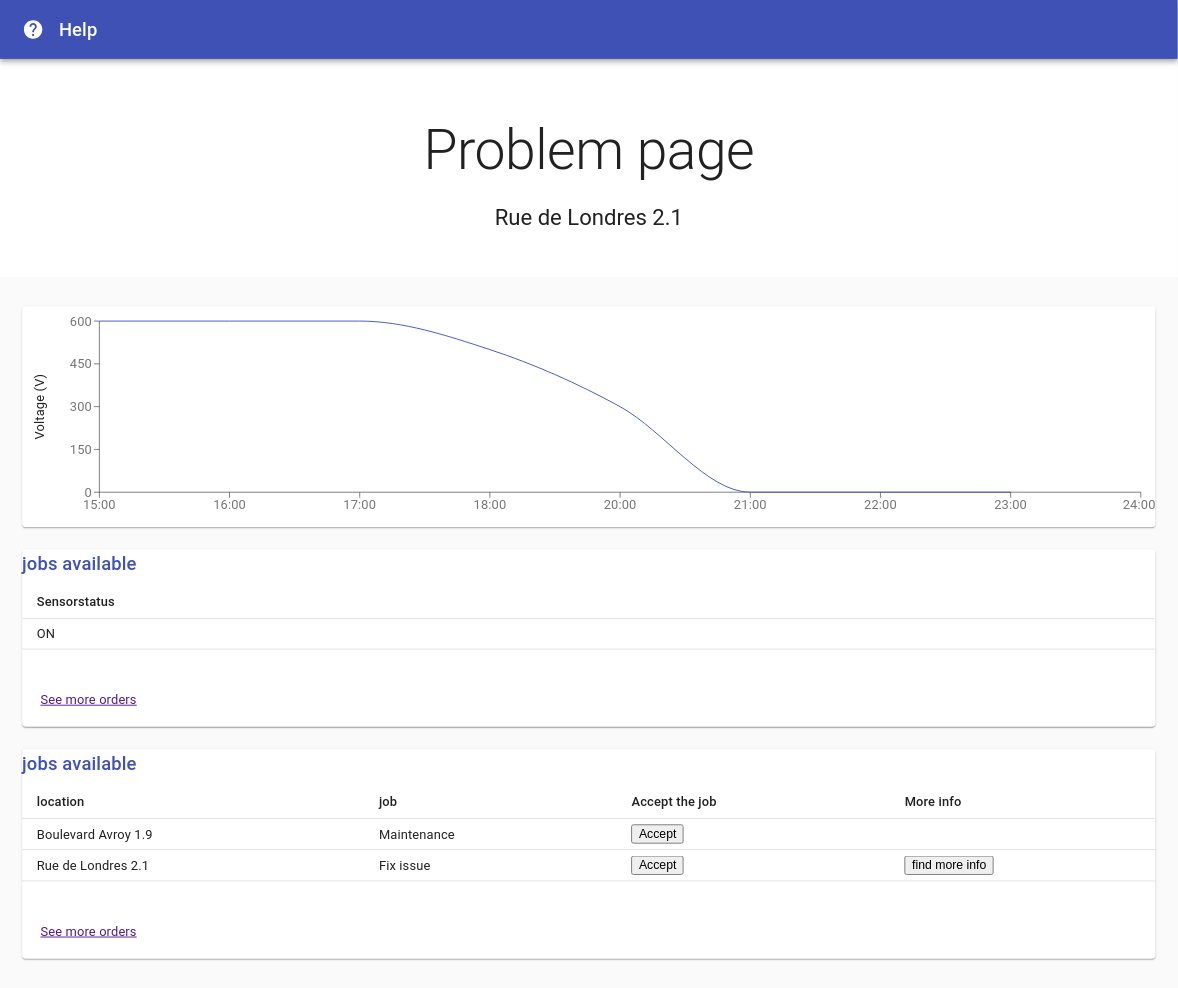
Repository: sapbrussels/intelligenthighway_webapp
Page: /Problempage (app in router/)
The author's editor kept a copy of each file at every save. The page is drawn from the files as they stood at one save, then again after the next save.
The browser window is 1280 px wide. The pictures show the whole page, at 92% of full size.
The project was rebuilt for these pictures with package versions that can differ from the ones it lists, and the page was loaded fresh each time. Also part of the build but not shown: router/src/App.css, router/src/Login.js, router/src/Maps.js, router/src/Jobspage.js, router/src/Direction.js, router/src/Maintenance.js, router/src/Help.js.

Above is the page before, as saved 2020-03-31 15:22:40.

### router/src/App.js
import React from 'react';
import {BrowserRouter, Route, Switch} from "react-router-dom";
import './App.css';
import Login from './Login';
import Jobspage from'./Jobspage';
import Maintenance from './Maintenance';
import Help from './Help';
import Problempage from './Problempage';

function App() {
  return (
    <BrowserRouter>
    <Switch>
     <Route path='/' exact component={Login}/>
     <Route path='/Jobspage' exact component={Jobspage}/>
     <Route path='/Maintenance' exact component={Maintenance}/>
     <Route path='/Help' exact component={Help}/>
     <Route path='/Problempage' exact component={Problempage}/>
     </Switch>
    </BrowserRouter>

  );
}

export default App;

### router/src/Problempage.js
import React from 'react';
import AppBar from '@material-ui/core/AppBar';
import HelpIcon from '@material-ui/icons/Help';
import Paper from '@material-ui/core/Paper';
import CssBaseline from '@material-ui/core/CssBaseline';
import Grid from '@material-ui/core/Grid';
import Toolbar from '@material-ui/core/Toolbar';
import Typography from '@material-ui/core/Typography';
import { makeStyles } from '@material-ui/core/styles';
import Container from '@material-ui/core/Container';
import SensorData from './SensorData';
import CommunityData from './CommunityData';
import Voltage from './Voltage';

const useStyles = makeStyles((theme) => ({
  icon: {
    marginRight: theme.spacing(2),
  },
  heroContent: {
    backgroundColor: theme.palette.background.paper,
    padding: theme.spacing(8, 0, 6),
  },
  heroButtons: {
    marginTop: theme.spacing(4),
  },
  cardGrid: {
    paddingTop: theme.spacing(8),
    paddingBottom: theme.spacing(8),
  },
  card: {
    height: '100%',
    display: 'flex',
    flexDirection: 'column',

  },
  cardMedia: {
    paddingTop: '100%', // 16:9
  },
  cardContent: {
    flexGrow: 1,
  },
  footer: {
    backgroundColor: theme.palette.background.paper,
    padding: theme.spacing(6),
  },
  container: {
    paddingTop: theme.spacing(4),
    paddingBottom: theme.spacing(4),
  },
  paper: {
    height: '100%',
    display: 'flex',
    flexDirection: 'column',

  },
  fixedheight:{
    height: 240,
  },
}));



export default function Album() {
  const classes = useStyles();

  return (
    <React.Fragment>
      <CssBaseline />
      <AppBar position="relative">
        <Toolbar>
          <HelpIcon className={classes.icon} />
          <Typography variant="h6" color="inherit" noWrap>
            Help
          </Typography>
        </Toolbar>
      </AppBar>
      <main>
        {/* Hero unit */}
        <div className={classes.heroContent}>
          <Container maxWidth="sm">
            <Typography component="h1" variant="h2" align="center" color="textPrimary" gutterBottom>
              Problem page
            </Typography>

              <Grid container spacing={2} justify="center">
                <Grid item>
                <Typography variant="h5">
                 Rue de Londres 2.1
                </Typography>
                </Grid>
              </Grid>

          </Container>
        </div>
        <main className={classes.content}>
        <div className={classes.appBarSpacer} />
        <Container maxWidth="lg" className={classes.container}> {/* lg */}
          <Grid container spacing={3}>
          <Grid  item xs={12} >
              <Paper className={classes.fixedheight}>
                <Voltage />
              </Paper>
            </Grid>
            <Grid  item xs={12} >
              <Paper className={classes.paper}>
                <SensorData />
              </Paper>
            </Grid>
            <Grid  item xs={12}>
              <Paper className={classes.paper}>
                <CommunityData />
              </Paper>
            </Grid>
          </Grid>
        </Container>
      </main>
    </main>
    </React.Fragment>
  );
}

### router/src/listItems.js
import React from 'react';
import ListItem from '@material-ui/core/ListItem';
import ListItemIcon from '@material-ui/core/ListItemIcon';
import ListItemText from '@material-ui/core/ListItemText';
import DashboardIcon from '@material-ui/icons/Dashboard';
import ShoppingCartIcon from '@material-ui/icons/ShoppingCart';
import PeopleIcon from '@material-ui/icons/People';
import { Link } from "react-router-dom";

export const mainListItems = (
  <div>
        <ListItem >
          <ListItemIcon>
            <DashboardIcon />
          </ListItemIcon>
          <ListItemText  primary="jobs page" />
        </ListItem>
      <Link to='/Maintenance'>
          <ListItem button>
          <ListItemIcon>
            <ShoppingCartIcon />
          </ListItemIcon>
          <ListItemText primary="History" />
        </ListItem></Link>
      <Link to='/Help'>
          <ListItem button>
          <ListItemIcon>
            <PeopleIcon />
          </ListItemIcon>
          <ListItemText primary="help" />
        </ListItem></Link>
  </div>
);

### router/src/LightStatus.js
import React from 'react';
import Link from '@material-ui/core/Link';
import { makeStyles } from '@material-ui/core/styles';
import Table from '@material-ui/core/Table';
import TableBody from '@material-ui/core/TableBody';
import TableCell from '@material-ui/core/TableCell';
import TableHead from '@material-ui/core/TableHead';
import TableRow from '@material-ui/core/TableRow';
import Rectangle from 'react-rectangle';
import Title from './Title';



// Generate Order Data
function createData(id, street_light, status,light) {
  return { street_light, status, light};
}

const rows = [
  createData(0, 'Boulevard Avroy 1.9', 'ON', <Rectangle aspectRatio={[3,3]}>
  <div style={{ background: '#008000',  width: '40%', height: '40%' }} />
</Rectangle>),
  createData(1, 'Rue de Londres 2.1', 'OFF',<Rectangle aspectRatio={[3,3]}>
  <div style={{ background: '#FFFFFF', width: '40%', height: '40%' }} />
</Rectangle>),
  createData(2, 'Rue de Londres 2.3', 'X',<Rectangle aspectRatio={[3,3]}>
  <div style={{ background: '#FF0000', width: '40%', height: '40%' }} />
</Rectangle>),
];

function preventDefault(event) {
  event.preventDefault();
}

const useStyles = makeStyles((theme) => ({
  seeMore: {
    marginTop: theme.spacing(3),
    padding: '20px',
    borderRadius:'10px',
  },
}));

export default function LightStatus() {
  const classes = useStyles();
  return (
    <React.Fragment>
      <Title>Light status</Title>
      <Table size="small">
        <TableHead>
          <TableRow>
            <TableCell>street light</TableCell>
            <TableCell>status</TableCell>
            <TableCell></TableCell>
          </TableRow>
        </TableHead>
        <TableBody>
          {rows.map((row) => (
            <TableRow key={row.id}>
              <TableCell>{row.street_light}</TableCell>
              <TableCell> {row.status}</TableCell>
              <TableCell> {row.light}</TableCell>
            </TableRow>
          ))}
        </TableBody>
      </Table>
      <div className={classes.seeMore}>
        <Link color="primary" href="#" onClick={preventDefault}>
          See more lights
        </Link>
      </div>
    </React.Fragment>
  );
}

### router/src/Jobslist.js
import React from 'react';
import {Link} from 'react-router-dom';
import { makeStyles } from '@material-ui/core/styles';
import Table from '@material-ui/core/Table';
import TableBody from '@material-ui/core/TableBody';
import TableCell from '@material-ui/core/TableCell';
import TableHead from '@material-ui/core/TableHead';
import TableRow from '@material-ui/core/TableRow';
import Title from './Title';

// Generate Order Data
function createData(id, location, job, accept, info) {
  return { id, location, job, accept, info };
}

const rows = [
    createData(0, 'Boulevard Avroy 1.9', 'Maintenance',<Link to="/Maintenance"><button>Accept</button></Link>),
    createData(1, 'Rue de Londres 2.1', 'Fix issue',<button>Accept</button>, <Link to="/Problempage"><button>find more info</button></Link>),
];

function preventDefault(event) {
  event.preventDefault();
}

const useStyles = makeStyles((theme) => ({
  seeMore: {
    marginTop: theme.spacing(3),
    padding: '20px',
    borderRadius:'10px',
  },
}));

    export default function Jobslist() {
    const classes = useStyles();
    return (
        <React.Fragment>
        <Title>jobs available</Title>
        <Table size="small">
            <TableHead>
            <TableRow>
                <TableCell>location</TableCell>
                <TableCell>job</TableCell>
                <TableCell>Accept the job</TableCell>
                <TableCell>More info</TableCell>
            </TableRow>
            </TableHead>
            <TableBody>
            {rows.map((row) => (
                <TableRow key={row.id}>
                <TableCell>{row.location}</TableCell>
                <TableCell>{row.job}</TableCell>
                <TableCell>{row.accept}</TableCell>
                <TableCell>{row.info}</TableCell>
                </TableRow>
            ))}
            </TableBody>
        </Table>
        <div className={classes.seeMore}>
            <Link color="primary" href="#" onClick={preventDefault}>
            See more orders
            </Link>
        </div>
        </React.Fragment>
    );
}

### router/src/Checklist.js
import React from 'react';
import Link from '@material-ui/core/Link';
import { makeStyles } from '@material-ui/core/styles';
import Table from '@material-ui/core/Table';
import TableBody from '@material-ui/core/TableBody';
import TableCell from '@material-ui/core/TableCell';
import TableHead from '@material-ui/core/TableHead';
import TableRow from '@material-ui/core/TableRow';
import Title from './Title';
import { Checkbox } from '@material-ui/core';

// Generate Order Data
function createData(id, check, tasks) {
  return { id, check, tasks };
}

const rows = [
  createData(0, <Checkbox></Checkbox>,'Turn all switches OFF & ON to stop dust build up'),
  createData(1, <Checkbox></Checkbox>,'turn all circuit-breakers OFF and reset'),
  createData(2, <Checkbox></Checkbox>,'Check for high resistance joints'),
  createData(3, <Checkbox></Checkbox>,'clean PE cell faces then cover to test functionnality'),
  createData(4, <Checkbox></Checkbox>,'check MEN and earthing'),
  createData(0, <Checkbox></Checkbox>,'Luminaire cleaning and inspection'),
  createData(1, <Checkbox></Checkbox>,'Inspect for any sign of vermin damage in the cabinet'),
  createData(2, <Checkbox></Checkbox>,'Remove grafitit on cabinet'),
  createData(3, <Checkbox></Checkbox>,'Trim all trees that interfere with solar-panels and light output of lulinaires'),
  createData(4, <Checkbox></Checkbox>,'Check all support structures for their integreties'),
  createData(3, <Checkbox></Checkbox>,'Installation, maintenance and replacement of post indentification label'),
  createData(4, <Checkbox></Checkbox>,'Installation, maintenace and replacement of supply point indentification labels'),
];


const useStyles = makeStyles((theme) => ({
  seeMore: {
    marginTop: theme.spacing(3),

  },
}));

export default function Orders() {
  const classes = useStyles();
  return (
    <React.Fragment>
      <Title>Maintenance checklist</Title>
      <Table size="small">
        <TableHead>
          <TableRow>
            <TableCell></TableCell>
            <TableCell>tasks</TableCell>

          </TableRow>
        </TableHead>
        <TableBody>
          {rows.map((row) => (
            <TableRow key={row.id}>
              <TableCell>{row.check}</TableCell>
              <TableCell>{row.tasks}</TableCell>
            </TableRow>
          ))}
        </TableBody>
      </Table>
      <div className={classes.seeMore}>
        <Link><button>Finished</button></Link>
      </div>
    </React.Fragment>
  );
}

### router/src/SensorData.js
import React from 'react';
import {Link} from 'react-router-dom';
import { makeStyles } from '@material-ui/core/styles';
import Table from '@material-ui/core/Table';
import TableBody from '@material-ui/core/TableBody';
import TableCell from '@material-ui/core/TableCell';
import TableHead from '@material-ui/core/TableHead';
import TableRow from '@material-ui/core/TableRow';
import Title from './Title';

// Generate Order Data
function createData(id,Sensorstatus) {
  return { id,Sensorstatus};
}

const rows = [
    createData(0, 'ON')

];

function preventDefault(event) {
  event.preventDefault();
}

const useStyles = makeStyles((theme) => ({
  seeMore: {
    marginTop: theme.spacing(3),
    padding: '20px',
    borderRadius:'10px',
  },
}));

    export default function Jobslist() {
    const classes = useStyles();
    return (
        <React.Fragment>
        <Title>jobs available</Title>
        <Table size="small">
            <TableHead>
            <TableRow>
                <TableCell>Sensorstatus</TableCell>

            </TableRow>
            </TableHead>
            <TableBody>
            {rows.map((row) => (
                <TableRow key={row.id}>
                <TableCell>{row.Sensorstatus}</TableCell>
                </TableRow>
            ))}
            </TableBody>
        </Table>
        <div className={classes.seeMore}>
            <Link color="primary" href="#" onClick={preventDefault}>
            See more orders
            </Link>
        </div>
        </React.Fragment>
    );
}

### router/src/CommunityData.js
import React from 'react';
import {Link} from 'react-router-dom';
import { makeStyles } from '@material-ui/core/styles';
import Table from '@material-ui/core/Table';
import TableBody from '@material-ui/core/TableBody';
import TableCell from '@material-ui/core/TableCell';
import TableHead from '@material-ui/core/TableHead';
import TableRow from '@material-ui/core/TableRow';
import Title from './Title';

// Generate Order Data
function createData(id, location, job, accept, info) {
  return { id, location, job, accept, info };
}

const rows = [
    createData(0, 'Boulevard Avroy 1.9', 'Maintenance',<Link to="/Maintenance"><button>Accept</button></Link>),
    createData(1, 'Rue de Londres 2.1', 'Fix issue',<button>Accept</button>, <Link to="/Problempage"><button>find more info</button></Link>),
];

function preventDefault(event) {
  event.preventDefault();
}

const useStyles = makeStyles((theme) => ({
  seeMore: {
    marginTop: theme.spacing(3),
    padding: '20px',
    borderRadius:'10px',
  },
}));

    export default function Jobslist() {
    const classes = useStyles();
    return (
        <React.Fragment>
        <Title>jobs available</Title>
        <Table size="small">
            <TableHead>
            <TableRow>
                <TableCell>location</TableCell>
                <TableCell>job</TableCell>
                <TableCell>Accept the job</TableCell>
                <TableCell>More info</TableCell>
            </TableRow>
            </TableHead>
            <TableBody>
            {rows.map((row) => (
                <TableRow key={row.id}>
                <TableCell>{row.location}</TableCell>
                <TableCell>{row.job}</TableCell>
                <TableCell>{row.accept}</TableCell>
                <TableCell>{row.info}</TableCell>
                </TableRow>
            ))}
            </TableBody>
        </Table>
        <div className={classes.seeMore}>
            <Link color="primary" href="#" onClick={preventDefault}>
            See more orders
            </Link>
        </div>
        </React.Fragment>
    );
}

### router/src/Voltage.js
import React from 'react';
import { useTheme } from '@material-ui/core/styles';
import { LineChart, Line, XAxis, YAxis, Label, ResponsiveContainer } from 'recharts';

// Generate Sales Data
function createData(time, amount) {
  return { time, amount };
}

const data = [
  createData('15:00', 600),
  createData('16:00', 600),
  createData('17:00', 600),
  createData('18:00', 500),
  createData('20:00', 300),
  createData('21:00', 0),
  createData('22:00', 0),
  createData('23:00', 0),
  createData('24:00', undefined),
];

export default function Chart() {
  const theme = useTheme();

  return (
    <React.Fragment>
      <ResponsiveContainer>
        <LineChart
          data={data}
          margin={{
            top: 16,
            right: 16,
            bottom: 8,
            left: 24,
          }}
        >
          <XAxis dataKey="time" stroke={theme.palette.text.secondary} />
          <YAxis stroke={theme.palette.text.secondary}>
            <Label
              angle={270}
              position="left"
              style={{ textAnchor: 'middle', fill: theme.palette.text.primary }}
            >
              Voltage (V)
            </Label>
          </YAxis>
          <Line type="monotone" dataKey="amount" stroke={theme.palette.primary.main} dot={false} />
        </LineChart>
      </ResponsiveContainer>
    </React.Fragment>
  );
}

Loaded but not shown: router/public/index.html (common file); router/src/index.js (common file); router/src/index.css (common file); router/src/serviceWorker.js (common file); router/src/Title.js (common file)

After the next save:
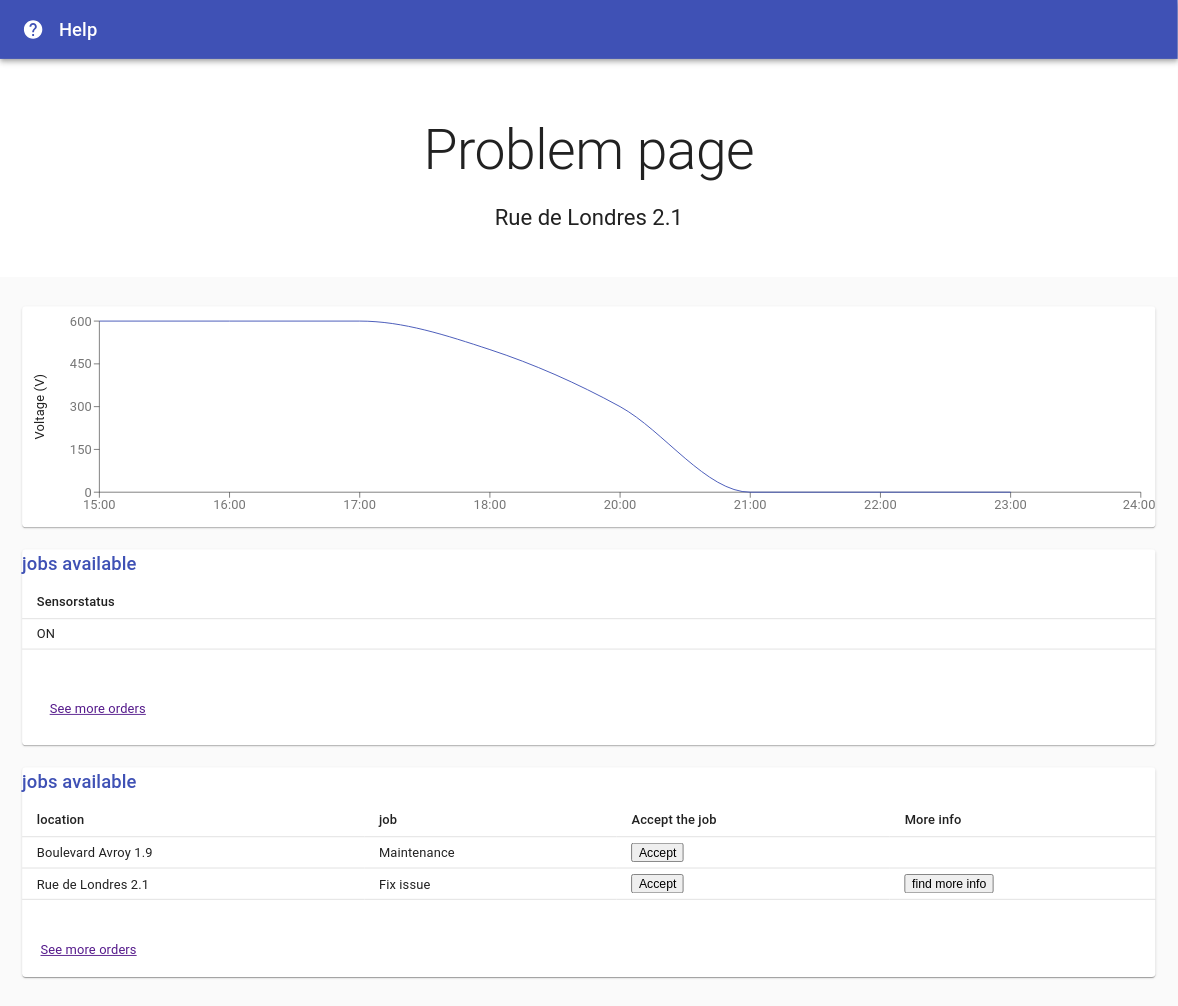
Saved 49 s later.
--- a/router/src/SensorData.js
+++ b/router/src/SensorData.js
@@ -25,7 +25,7 @@ function preventDefault(event) {
 const useStyles = makeStyles((theme) => ({
   seeMore: {
     marginTop: theme.spacing(3),
-    padding: '20px',
+    padding: '30px',
     borderRadius:'10px',
   },
 }));
